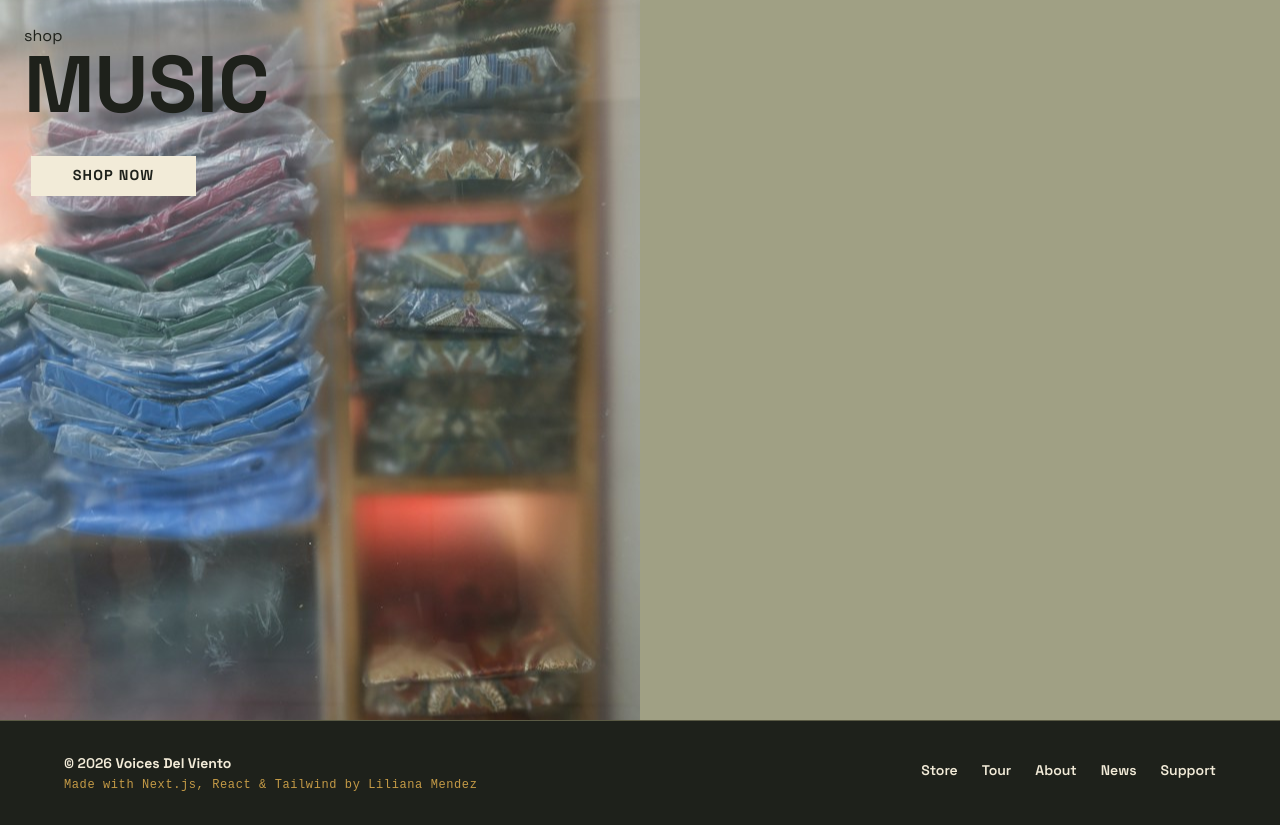
Repository: lime929/voices-del-viento
Page: /
An editor plug-in stored every save of this project. The page is shown before and after a run of saves, followed by the edit.
The browser window is 1280 px wide. The pictures show the part of the page from y = 601 to 1426 px (the page is 1426 px tall).
The project was rebuilt for these pictures with package versions that can differ from the ones it lists, and the page was loaded fresh each time. The framework's server and built-in components were replaced by stand-ins that run in the browser. Also part of the build but not shown: next.config.mjs.

Above is the page before, as saved 2026-09-27 16:00:43.

After the next 2 saves:
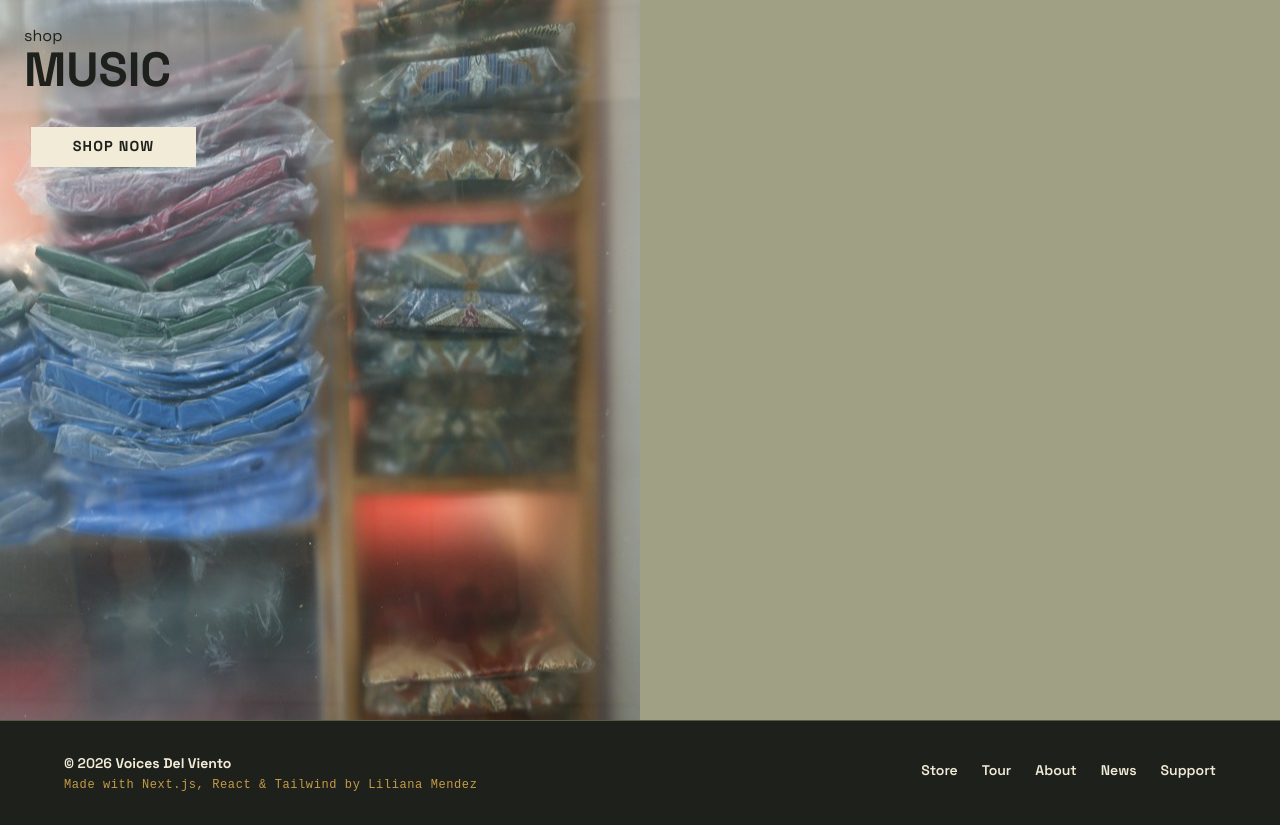
The 2 saves are shown as one change because they came seconds apart.
The last was saved 12 s later.
--- a/app/page.module.css
+++ b/app/page.module.css
@@ -111,7 +111,7 @@
 }
 .gridCard h2 {
   margin: 0;
-  font-size: clamp(3rem, 8vw, 5rem);
+  font-size: clamp(1.5rem, 8vw, 3rem);
   line-height: 0.9;
   font-weight: 900;
   white-space: nowrap;
